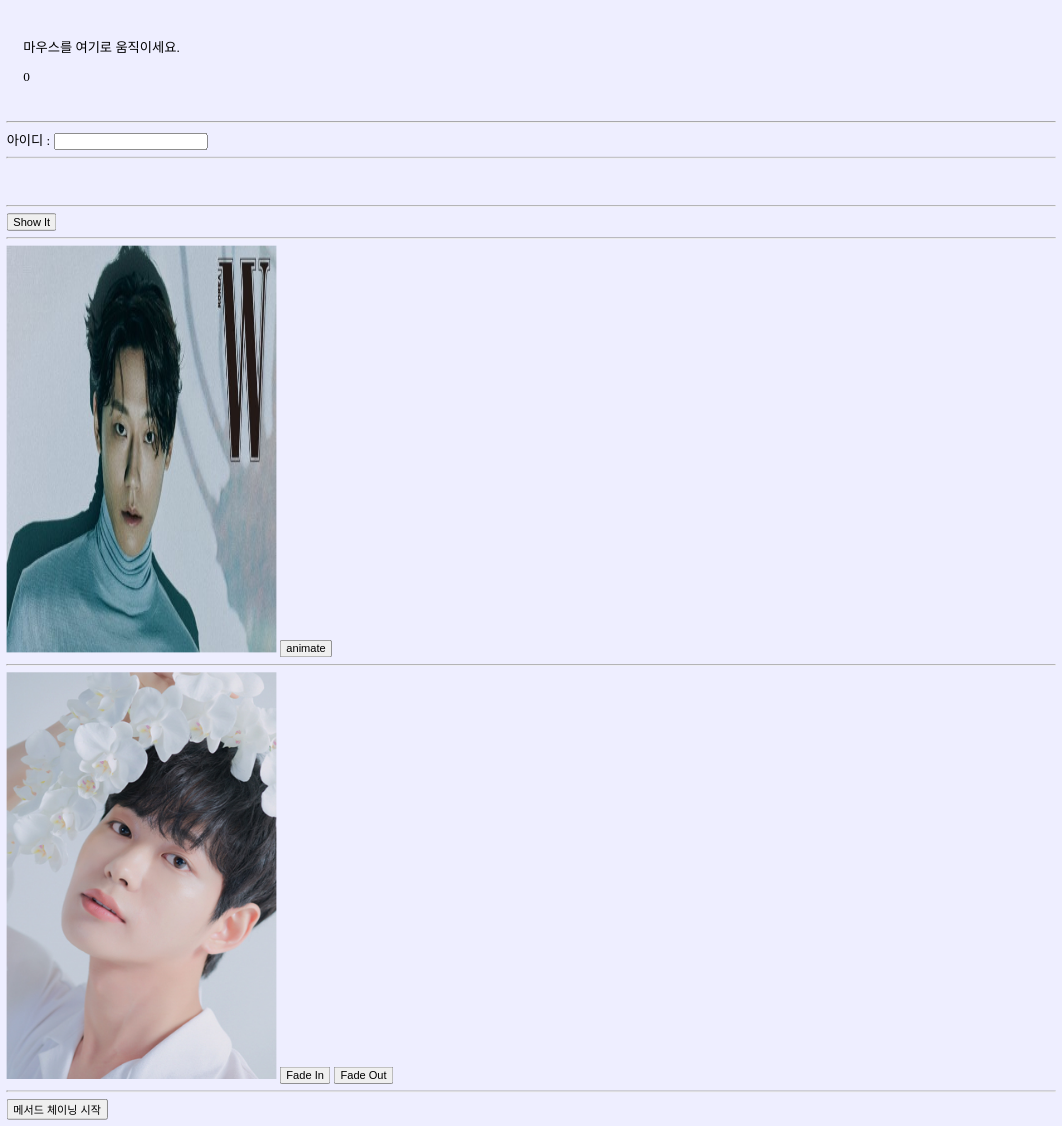
Repository: gpqls12321/public
Page: javascript_jquery/WebContent/jQuery_ex02.html
The author's editor kept a copy of each file at every save. The page is drawn from the files as they stood at one save, then again after the next save.
The browser window is 1280 px wide. The pictures show the whole page, at 83% of full size.

Above is the page before, as saved 2021-04-15 04:25:03.

After the next save:
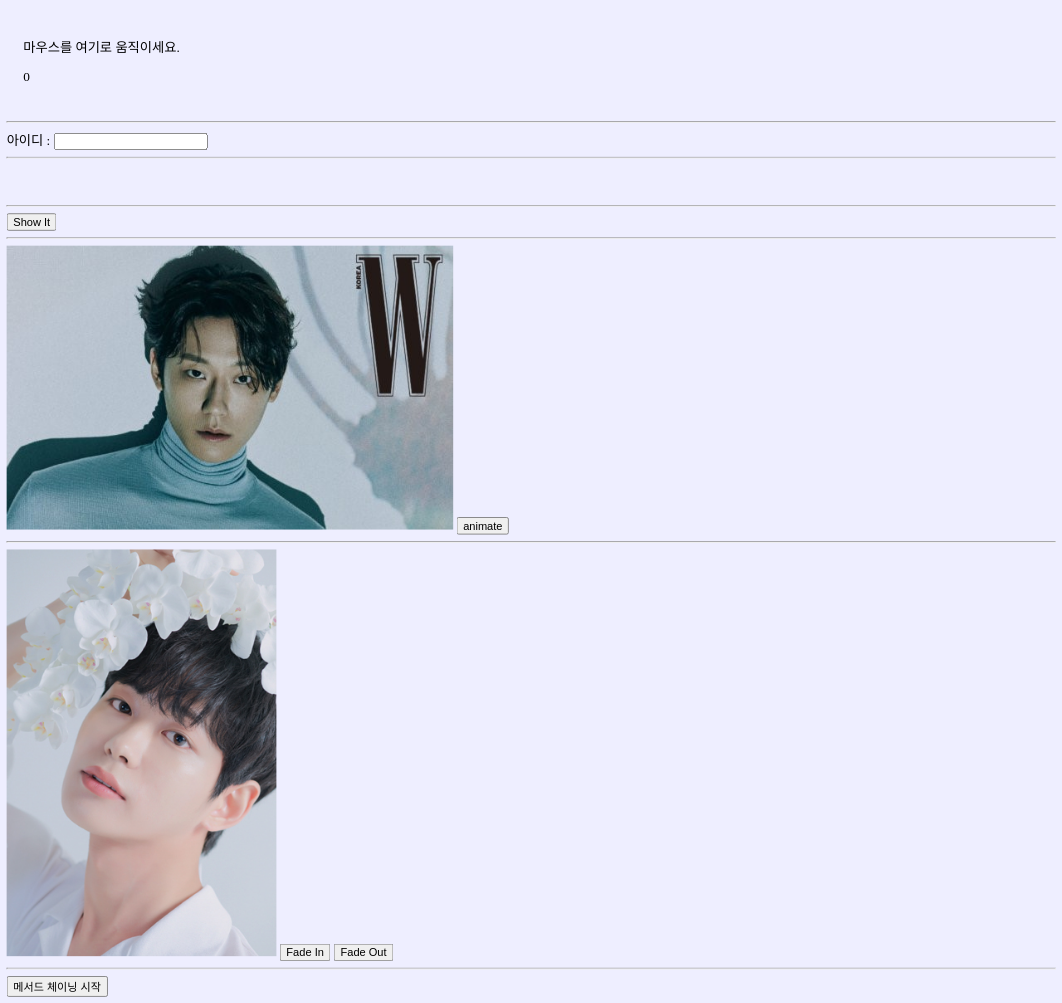
Saved 27 s later.
--- a/javascript_jquery/WebContent/jQuery_ex02.html
+++ b/javascript_jquery/WebContent/jQuery_ex02.html
@@ -76,7 +76,7 @@
 	<button>Show It</button>
 	<img id="lee" alt="이세진" src="images/이세진.jpg" style="display: none;" width="325px;" height="490px;">
 	<hr>
-	<img id="ani_lee" alt="이도현" src="images/이도현01.jpg" style="position: relative;" width="325px;" height="490px;">
+	<img id="ani_lee" alt="이도현" src="images/이도현01.jpg" style="position: relative;" width="538px;" height="342px;">
 	<button id="animate">animate</button>
 	<hr>
 	<img id="fade_lee" alt="이세진" src="images/이세진.jpg" width="325px;" height="490px;">
